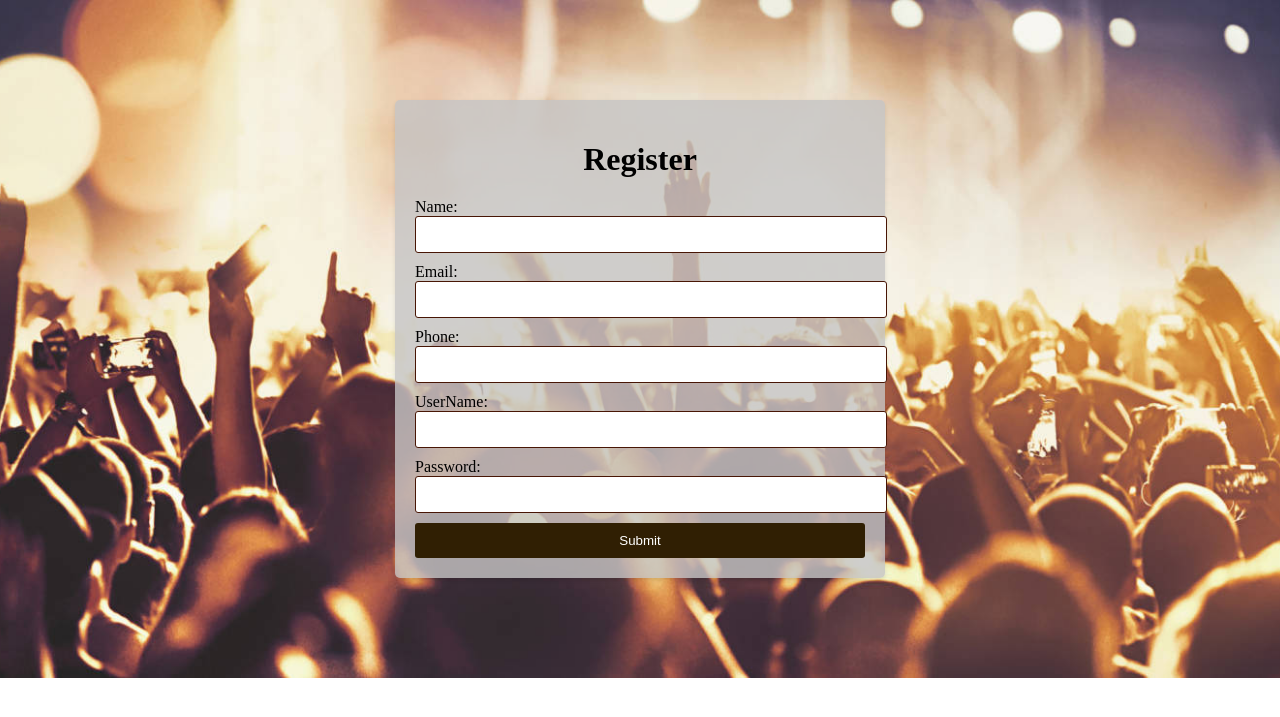
Repository: Dulankayapa/2ndyearoopprojrct
Page: http://localhost/feedback/Registration.jsp
An editor plug-in stored every save of this project. The page is shown before and after the next save, followed by the edit.
The browser window is 1280 px wide. The pictures show the whole page.
The page is served by Tomcat 9. Other server files are loaded and not shown.

Above is the page before, as saved 2023-10-22 18:36:11.

### feedback/src/main/webapp/Registration.jsp
<%@ page language="java" contentType="text/html; charset=UTF-8"
    pageEncoding="UTF-8"%>
<!DOCTYPE html>
<html>
<head>
<meta charset="UTF-8">
<title>Insert title here</title>
<style>body {
    background-image: url("Case-Event-economics.jpg");
    background-size: cover;
    background-position: center;
    background-repeat: no-repeat;
  }

  form {
    max-width: 450px;
    margin: 100px auto;
    padding: 20px;
    border-radius: 5px;
    background-color: #c6c5c5cc;
    box-shadow: 0 2px 4px rgba(0, 0, 0, 0.1);
  }

  h1 {
    text-align: center;
    margin-bottom: 20px;
  }

  input[type="text"],
  input[type="password"] {
    width: 100%;
    padding: 10px;
    border: 1px solid hsl(15, 87%, 15%);
    border-radius: 3px;
    margin-bottom: 10px;
  }

  input[type="submit"] {
    width: 100%;
    padding: 10px;
    background-color: #301f03;
    color: #fff;
    border: none;
    border-radius: 3px;
    cursor: pointer;
  }

  input[type="submit"]:hover {
    background-color: #449d44;
  }

  label {
    display: block;
    margin-bottom: 5px;
    font-weight: bold;
  }
  </style>
</head>
<body>
	<form action = "insert" method = "post">
		<h1>Register</h1>
		Name:<input type = "text" name = "Name" required><br>
		Email:<input type = "text" name = "Email" required><br>
		Phone:<input type = "text" name = "Phone" required><br>
		UserName:<input type = "text" name = "UserName" required><br>
		Password:<input type = "password" name = "Password" required><br>

		<input type = "submit" value = "Submit">
	</form>
</body>
</html>

After the next save:
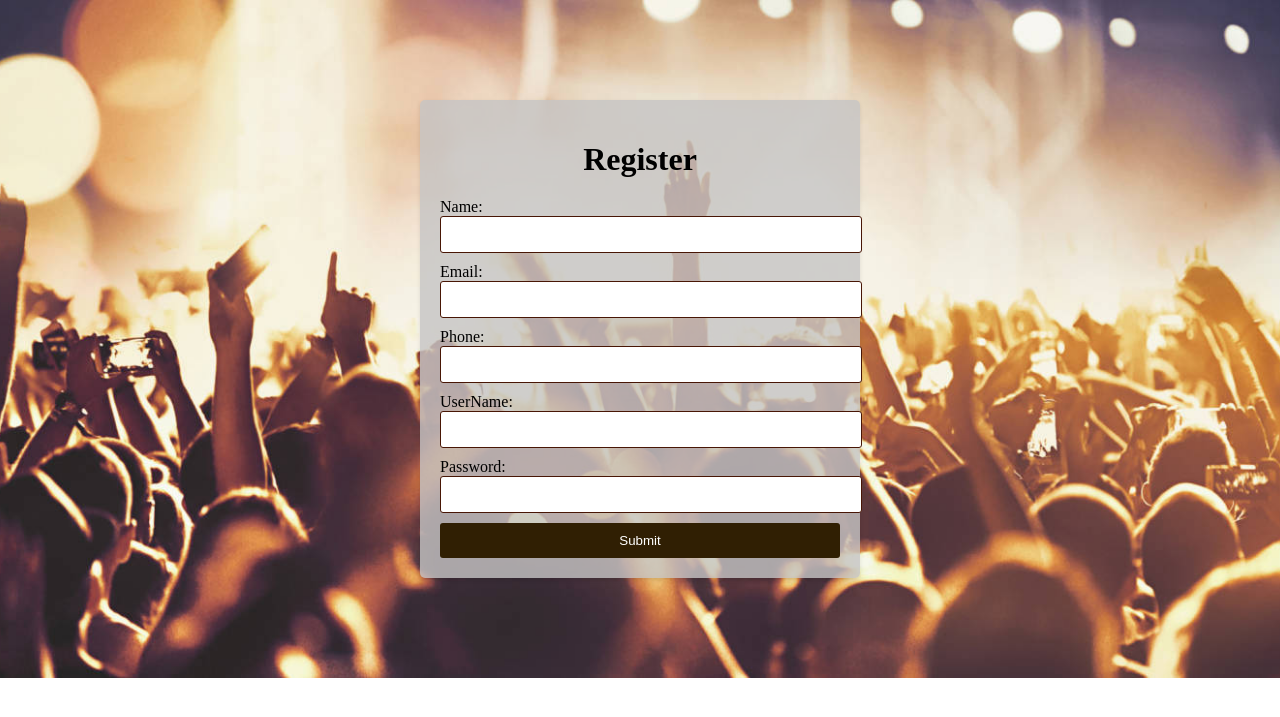
Saved 36 s later.
--- a/feedback/src/main/webapp/Registration.jsp
+++ b/feedback/src/main/webapp/Registration.jsp
@@ -13,7 +13,7 @@
   }
 
   form {
-    max-width: 450px;
+    max-width: 400px;
     margin: 100px auto;
     padding: 20px;
     border-radius: 5px;
